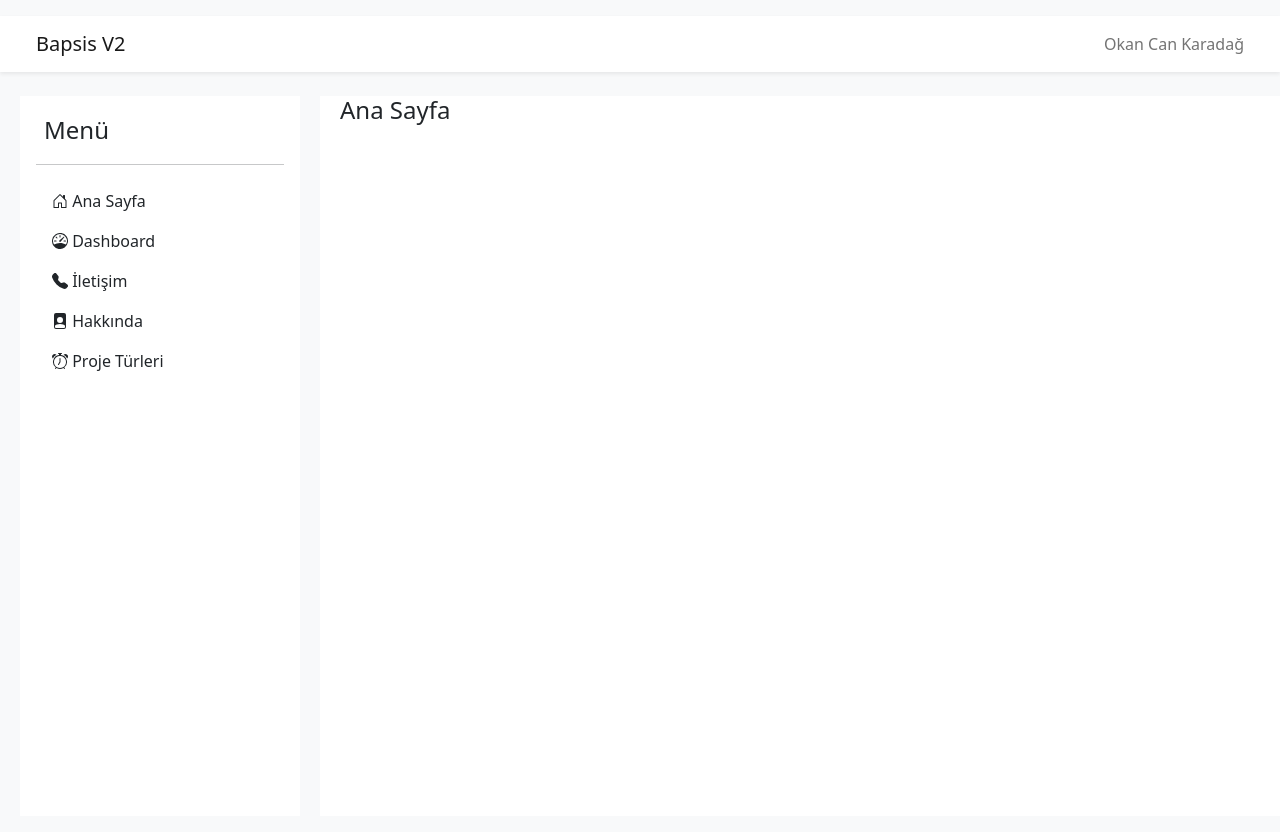
Repository: okankrdg/ReactCoreTemplate
Page: / (app in ReactCoreTemplate/client/)
An editor plug-in stored every save of this project. The page is shown before and after the next save, followed by the edit.
The browser window is 1280 px wide. The pictures show the whole page.
The project was rebuilt for these pictures with package versions that can differ from the ones it lists, and the page was loaded fresh each time. Also part of the build but not shown: ReactCoreTemplate/client/src/App.css, ReactCoreTemplate/client/src/Pages/ProjectTypes.js.

Above is the page before, as saved 2021-09-06 23:52:14.

After the next save:
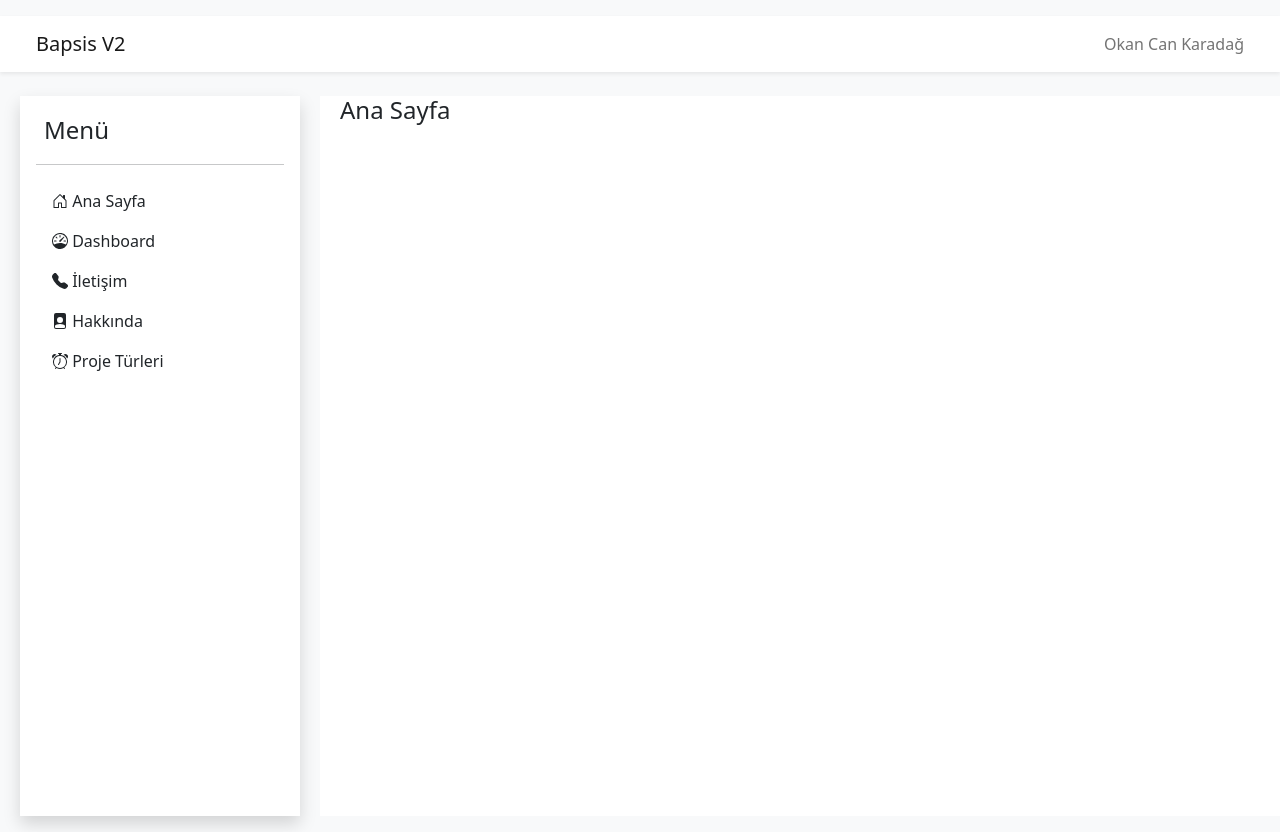
Saved 6 s later.
--- a/ReactCoreTemplate/client/src/components/NavigationMenu.js
+++ b/ReactCoreTemplate/client/src/components/NavigationMenu.js
@@ -2,7 +2,7 @@ import * as Icon from "react-bootstrap-icons";
 import { Link } from "react-router-dom";
 const NavigationMenu = () => {
   return (
-    <div className="d-flex flex-column p-3 bg-white mx-2 vh-100">
+    <div className="d-flex flex-column p-3 bg-white mx-2 vh-100 shadow">
       <a
         href="/"
         className="d-flex align-items-center mx-2 link-dark text-decoration-none"
